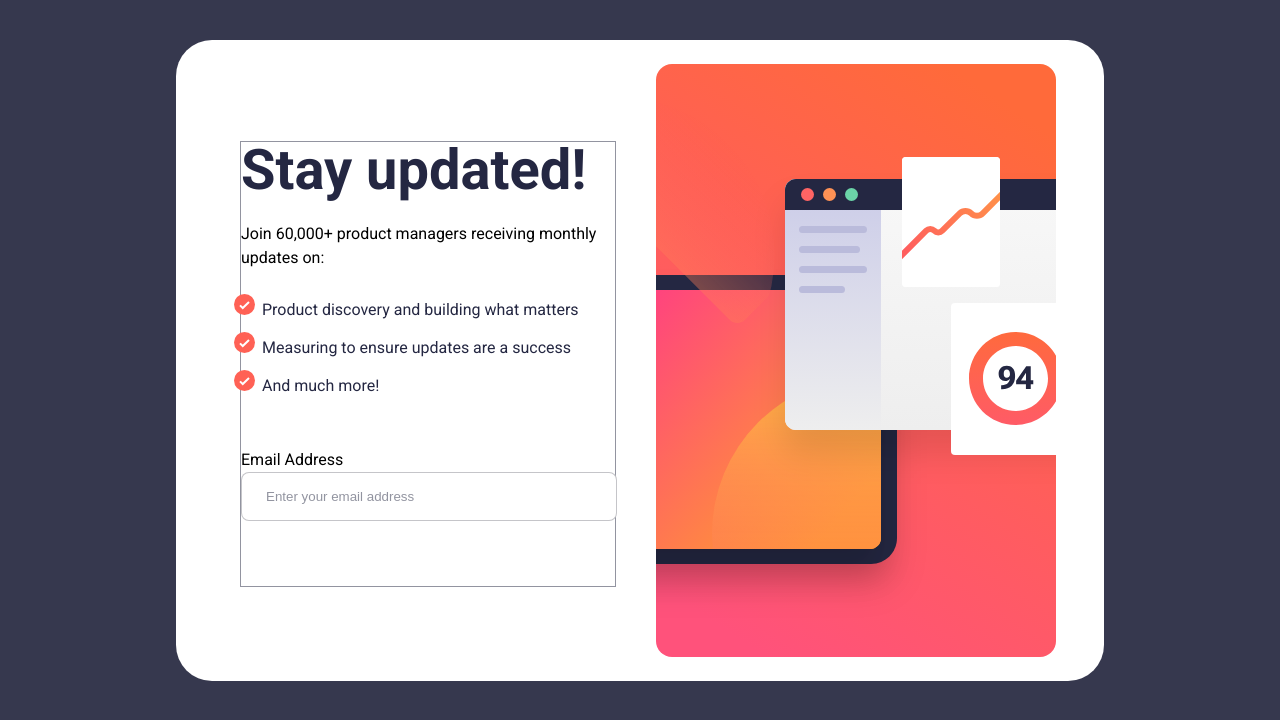
Repository: brandontaylor1/newsletter-signup
Page: index.html
An editor plug-in stored every save of this project. The page is shown before and after the next save, followed by the edit.
The browser window is 1280 px wide. The pictures show the whole page.

Above is the page before, as saved 2025-01-19 20:57:49.

After the next save:
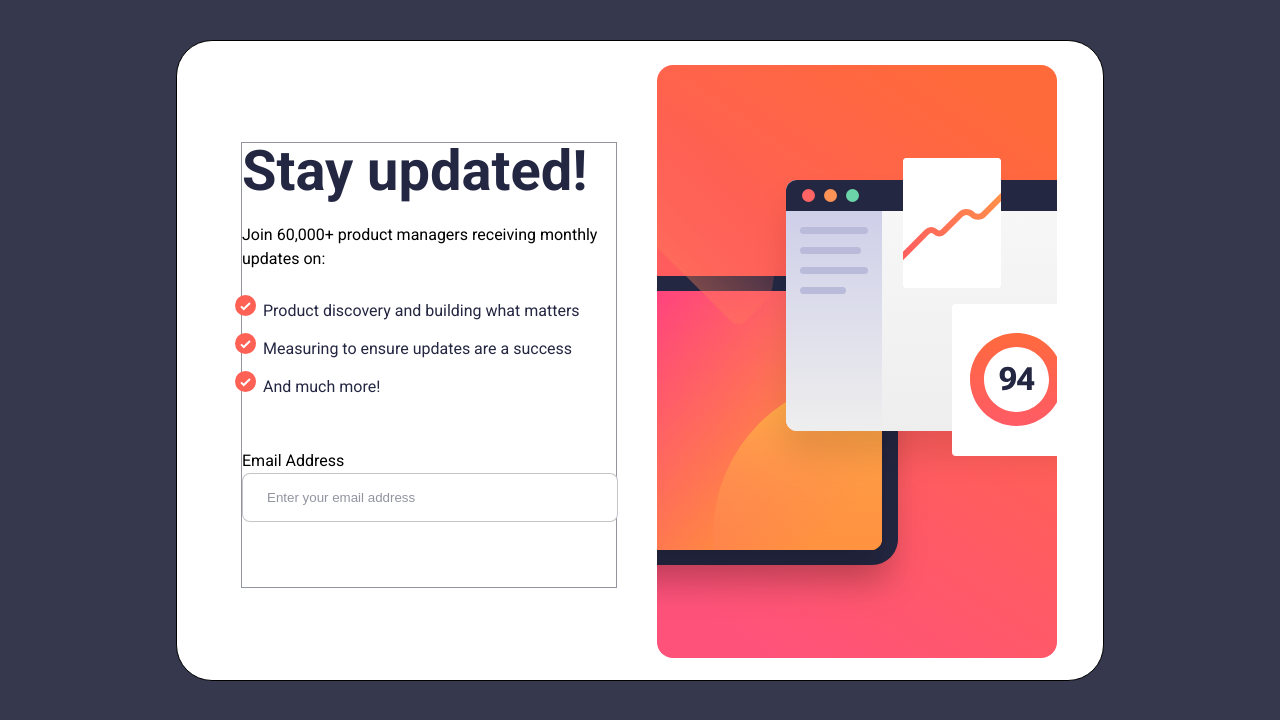
Saved 53 s later.
--- a/styles.css
+++ b/styles.css
@@ -42,6 +42,7 @@
     grid-template-columns: 1fr 1fr;
     grid-template-rows: 1fr;
     padding: 24px;
+    border: 1px solid black;
 }
 
 .card-content {

After the save that followed:
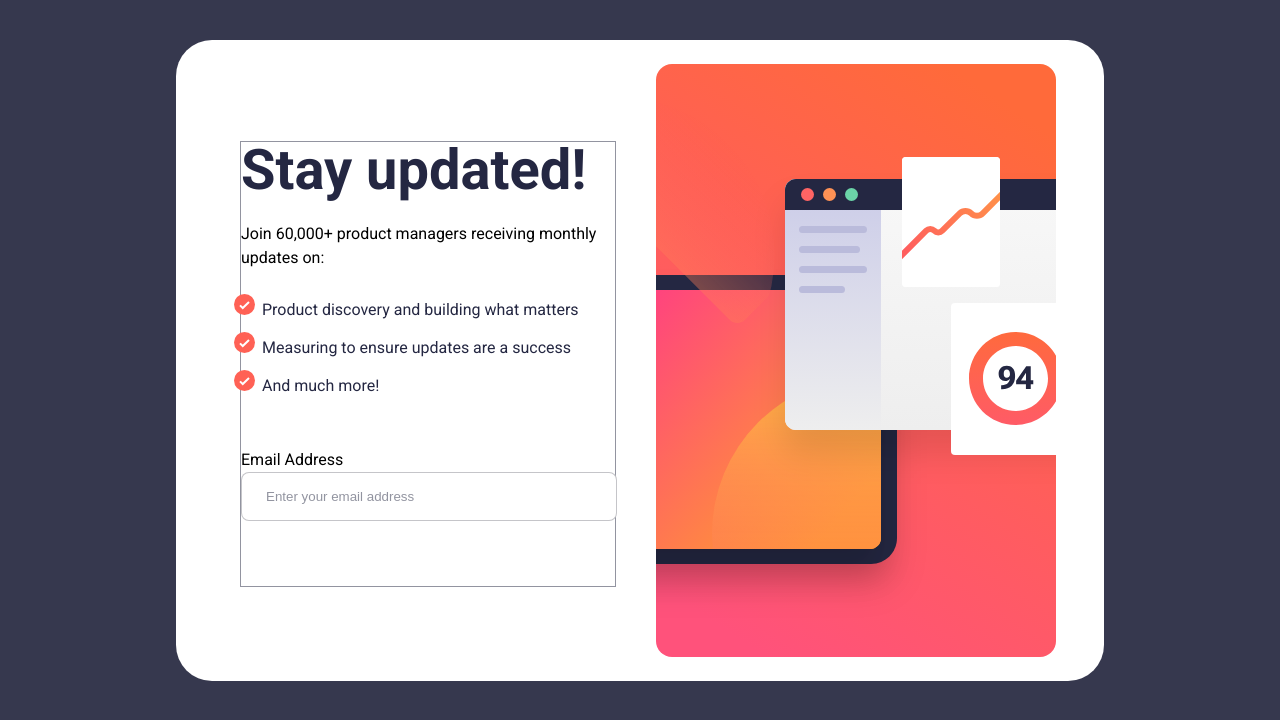
Saved 18 s later.
--- a/styles.css
+++ b/styles.css
@@ -42,7 +42,6 @@
     grid-template-columns: 1fr 1fr;
     grid-template-rows: 1fr;
     padding: 24px;
-    border: 1px solid black;
 }
 
 .card-content {
